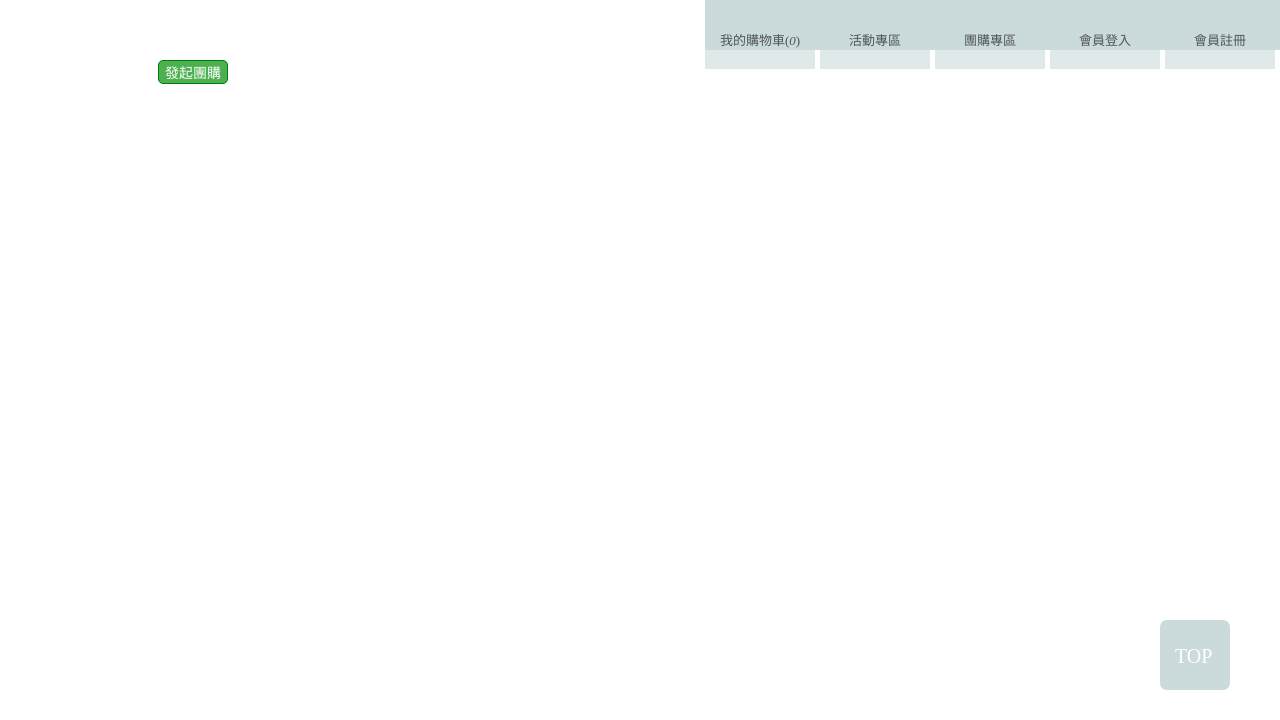
Repository: irlmpbfhvf2009/2021-09-17-Pro2-MVC
Page: http://localhost/Hw2Test/src/main/WebContent/Intelligence32.jsp
The author's editor kept a copy of each file at every save. The page is drawn from the files as they stood at one save, then again after the next save.
The browser window is 1280 px wide. The pictures show the whole page.
The page is served by Tomcat 9. Queries for data that is not in the repository find no rows.

Above is the page before, as saved 2021-09-16 17:27:14.

After the next save:
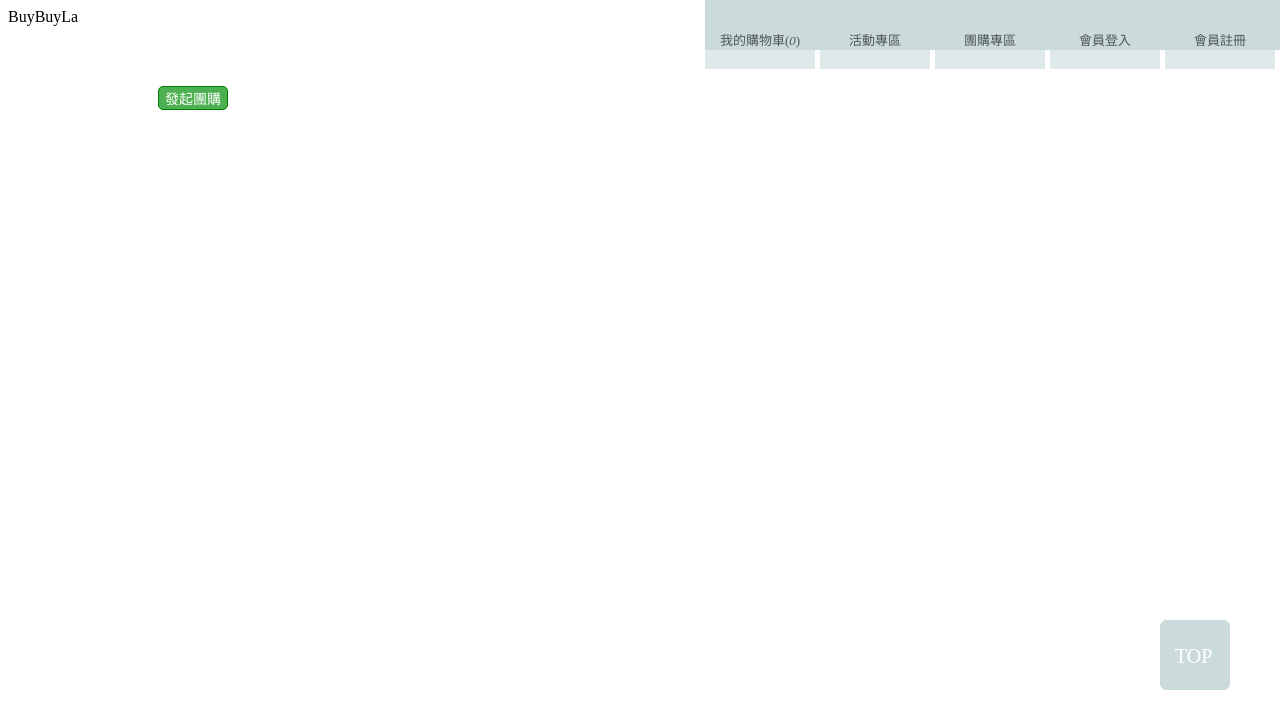
Saved 68 s later.
--- a/Hw2Test/src/main/WebContent/Intelligence32.jsp
+++ b/Hw2Test/src/main/WebContent/Intelligence32.jsp
@@ -108,7 +108,17 @@ nav{
         <input type="text" placeholder="搜尋" name="seach">
         <input type="submit" name="seachbtn" value="搜尋"></form>
     </nav>-->
+    			<div class="header" >
+			BuyBuyLa <span style="font-size:30 ;color:#fff ; font-weight:200;">× Make money what you like</span>
+			</div>
+			<div class="box">
+			<a href="#">TOP</a>
+			</div>
+			<div class="mycar">
 
+			</div>
+
+<div class="List">
      <nav>
 <ul class="dropdown">
         	<li ><a href="index.jsp" >我的購物車(<i id="ccount">0</i>)</a>
